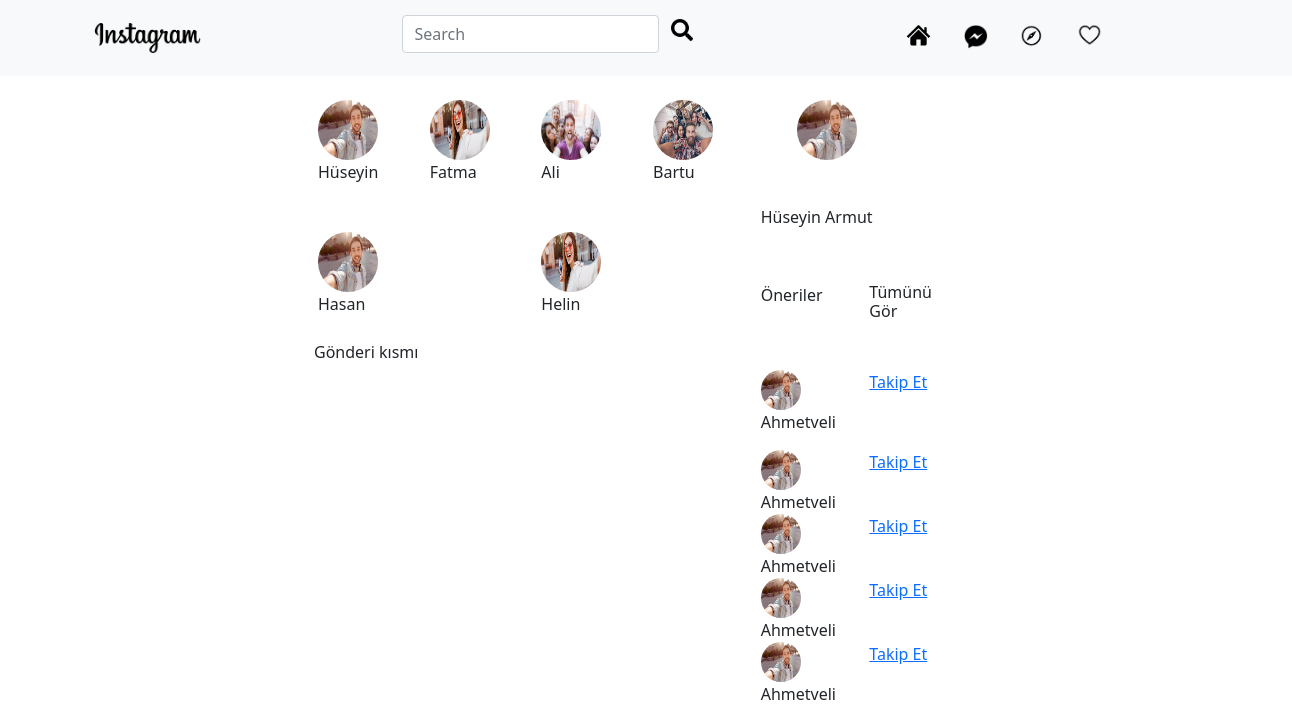
Repository: adnanyagmur/React-Instagram-Clone-Bootstrap
Page: /
The author's editor kept a copy of each file at every save. The page is drawn from the files as they stood at one save, then again after the next save.
The browser window is 1280 px wide. The page is 1292 px wide, so the pictures cover 1292 px, including what lies to the right of the window. The pictures show the whole page.
The project was rebuilt for these pictures with package versions that can differ from the ones it lists, and the page was loaded fresh each time.

Above is the page before, as saved 2022-07-05 10:18:23.

After the next save:
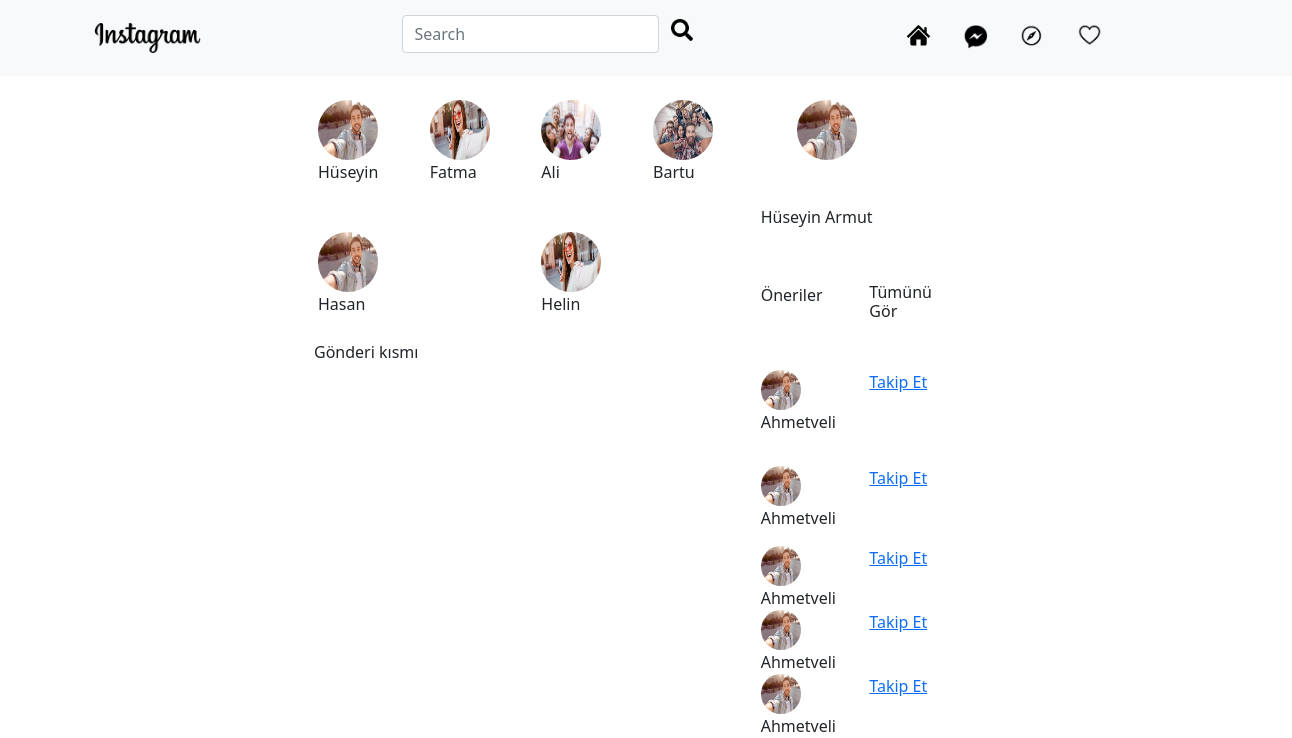
Saved 9 s later.
--- a/src/components/RightInfo.jsx
+++ b/src/components/RightInfo.jsx
@@ -28,7 +28,7 @@
                         </Col>
                         <Col> <a href="">Takip Et</a> </Col>
                     </Row>
-                    <Row>
+                    <Row  className="py-3">
                     <Col>
                         <Image className="pl-0" src={Person1} roundedCircle width="40px" height="40px" ></Image>
                         <span> Ahmetveli</span>
